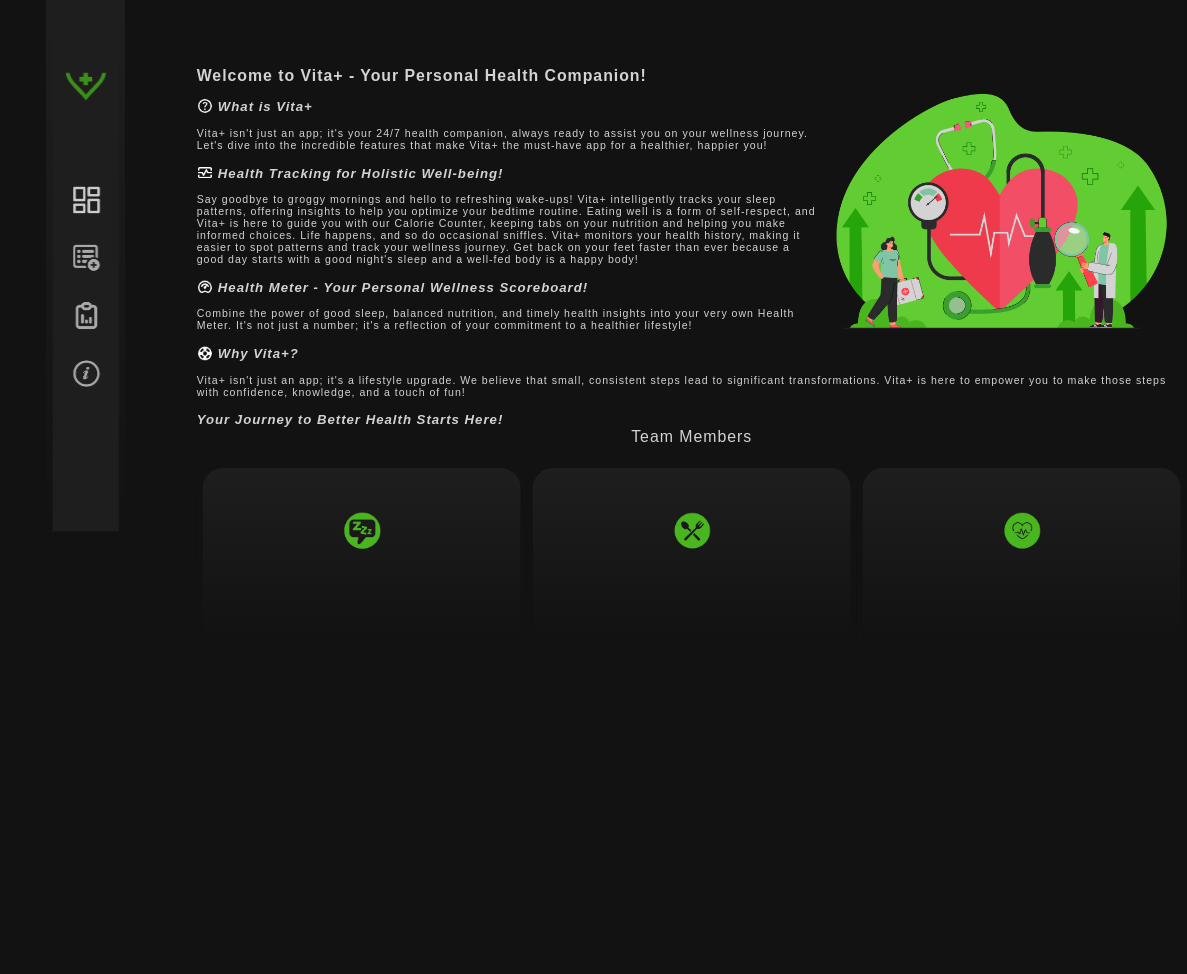
Repository: mhmd-bilal/health-analytics-dashboard
Page: http://localhost/project/info.jsp
The author's editor kept a copy of each file at every save. The page is drawn from the files as they stood at one save, then again after the next save.
The browser window is 1280 px wide. The page is 1798 px wide, so the pictures cover 1798 px, including what lies to the right of the window. The pictures show the whole page, at 66% of full size.
Some web fonts or font styles are not loaded; a fallback is used. Some web libraries are served in a nearby version. The page is served by Tomcat 10. Other server files are loaded and not shown.

Above is the page before, as saved 2023-12-06 15:46:03.

### project/src/main/webapp/info.jsp
<%@ page import="project.SleepCalculator" %>
  <%@ page import="project.CaloriesCalculator" %>
    <%@ page import="project.IllnessCalculator " %>

      <html>

      <head>
        <meta charset="UTF-8">
        <meta name="viewport" content="width=device-width, initial-scale=1.0">
        <title>Your Health Dashboard</title>
        <link rel="stylesheet" href="https://fonts.googleapis.com/css?family=Kanit">
        <link rel="stylesheet" type="text/css" href="styles2.css">
        <meta name="viewport" content="width=device-width, initial-scale=1">
        <script src='https://cdnjs.cloudflare.com/ajax/libs/jquery/3.2.1/jquery.min.js'></script>
<link rel="stylesheet" href="https://fonts.googleapis.com/icon?family=Material+Icons">
        <script>
          // Use fetch to trigger the SleepAnalyticsServlet on page load
          function fetchSleepAnalytics() {
            fetch('SleepAnalyticsServlet')
              .then(response => response.text())
              .then(data => {
                // Optional: You can add logic to update the UI based on the response from the servlet
                console.log(data);
              })
              .catch(error => {
                console.error('Error:', error);
              });
          }
          function submitForm() {
            var inputValue = document.getElementById("inputValue").value;

            fetch('SaveToDatabaseServlet', {
              method: 'POST',
              headers: {
                'Content-Type': 'application/x-www-form-urlencoded',
              },
              body: 'inputValue=' + encodeURIComponent(inputValue),
            })
              .then(response => response.json())
              .then(data => {
                alert(data.message);
                if (data.recordAdded) {
                  alert('Record added successfully!');
                }
              })
              .catch(error => {
                console.error('Error:', error);
              });
          }

          function redirectToAddRecordPage() {
            window.location.href = 'addrecord.jsp';
          }



        </script>

      </head>
      <body style="overflow:hidden">
      <div class="sidenav">
    <a href="#" style="padding-bottom: 100px;padding-left: 10px;"><img style="width: 95%;filter: brightness(1);" src="logo.png"></a>
    <a class="active" href="index2.jsp"><img src="dashboard.png"></a>
    <a href="add.jsp"><img src="add.png"></a>
    <a href="anal.jsp"><img src="anal.png"></a>
    <a href="info.jsp"><img src="info.png"></a>
  </div>
        <div style="font-spacing:1px;margin-top:100px;height: fit-content;" class="main">
              <img src="infograhic.png" class="infograhic" height="400px" ></p>

                  <h2 style="font-weight: bolder;">Welcome to Vita+ - Your Personal Health Companion!</h2>
<p style="font-weight: bold;font-style:italic;font-size: 20px;;"><img src="help.png" style="margin-bottom:-5px;height:25px;filter: invert(100%)"> What is Vita+</p>
Vita+ isn't just an app; it's your 24/7 health companion, always ready to assist you on your wellness journey. Let's dive into the incredible features that make Vita+ the must-have app for a healthier, happier you!

<p style="font-weight: bold;font-style:italic;font-size: 20px;"><img src="health.png" style="margin-bottom:-5px;height:25px;filter: invert(100%)"> Health Tracking for Holistic Well-being!</p>
<p>Say goodbye to groggy mornings and hello to refreshing wake-ups! Vita+ intelligently tracks your sleep patterns, offering insights to help you optimize your bedtime routine. Eating well is a form of self-respect, and Vita+ is here to guide you with our Calorie Counter, keeping tabs on your nutrition and helping you make informed choices. Life happens, and so do occasional sniffles. Vita+ monitors your health history, making it easier to spot patterns and track your wellness journey. Get back on your feet faster than ever because a good day starts with a good night's sleep and a well-fed body is a happy body!</p>

<p style="font-weight: bold;font-style:italic;font-size: 20px;"><img src="hmeter.png" style="margin-bottom:-5px;height:25px;filter: invert(100%)"> Health Meter - Your Personal Wellness Scoreboard!</p>
Combine the power of good sleep, balanced nutrition, and timely health insights into your very own Health Meter. It's not just a number; it's a reflection of your commitment to a healthier lifestyle!

<p style="font-weight: bold;font-style:italic;font-size: 20px;"><img src="us.png" style="margin-bottom:-5px;height:25px;filter: invert(100%)"> Why Vita+?</p>
Vita+ isn't just an app; it's a lifestyle upgrade. We believe that small, consistent steps lead to significant transformations. Vita+ is here to empower you to make those steps with confidence, knowledge, and a touch of fun!

<p style="font-weight: bold;font-style:italic;font-size: 20px;">Your Journey to Better Health Starts Here!

      </div>

  <div class="main" style="text-align: center;margin-top: -20px;">
    <h2 style="font-weight: 400;">Team Members</h2>
    <div class="choose">
        <div class="choose-card">
        <a class="choose-btn" href="#" onclick="showInputFields('sleep')"><img src="sleep-green.png"></a>
    </div>
        <div class="choose-card">
        <a class="choose-btn" href="#" onclick="showInputFields('food')"><img src="food-green.png"></a>
    </div>
        <div class="choose-card">
        <a class="choose-btn" href="#" onclick="showInputFields('illness')"><img src="ill-green.png"></a>
        </div>
    </div>
    <iframe id="formFrame" name="formFrame" width="100%" height="300px" frameborder="0"></iframe>

</div>

      </body>

      </html>

### project/src/main/webapp/styles2.css
body {
  font-family: "Montserrat", sans-serif;
  letter-spacing: 1.5px;
  background-color: #121212;
}

.sidenav {
  align-items: center;
  height: 100%;
  width: 100px;
  position: fixed;
  z-index: 1;
  top: 0;
  left: 0;
  background-color: #1E1E1E;
  overflow-x: hidden;
  padding-top: 75px;
  margin-left: 70px;
  margin-right: 100px;
  margin-top: 0px;
  border: 10px solid;
  border-image: linear-gradient(to bottom, #1E1E1E, #121212) 1;
}

.sidenav img {
  width: 75%;
}

.sidenav a {
  padding: 6px 6px 30px 25px;
  text-decoration: none;
  font-size: 25px;
  color: #d3d3d3;
  display: block;
  filter: brightness(0.8);
  transition: 0.2s;
}

.sidenav a:hover {
  filter: brightness(1.75);
}

.active img {
  filter: brightness(2);
}


.main {
  margin-left: 290px;
  margin-top: 100px;
  color: #d3d3d3;
  width: 1500px;
  height: 820px;
}

.container {
  display: flex;
}

.moodenter {
  border: 0px;
  border-radius: 25px;
  height: 50px;
  line-height: normal;
  color: #282828;
  display: block;
  width: 90%;
  box-sizing: border-box;
  user-select: auto;
  font-size: 16px;
  padding: 0 6px;
  padding-left: 30px;
  outline: none;
  background-color: #d3d3d3;
  margin-right: 10px;

}

.subbtn {
  width: 10%;
  display: inline-block;
  outline: none;
  cursor: pointer;
  font-size: 14px;
  line-height: 1;
  border-radius: 500px;
  transition-property: background-color, border-color, color, box-shadow, filter;
  transition-duration: .3s;
  border: 0px;
  letter-spacing: 2px;
  min-width: 160px;
  text-transform: uppercase;
  white-space: normal;
  font-weight: 700;
  text-align: center;
  padding: 16px 14px 18px;
  color: #fff;
  background-color: #49b51f;
  height: 48px;

  :hover {
    filter: brightness(1.75);
  }

}

.analytics_container {
  width: 100%;
  height: 60%;
  background-color: #121212;
  display: flex;
}

.pie {
  width: 40%;
}

.count {
  background-color: #1E1E1E;
  width: 60%;
  border: solid 8px transparent;
  border-radius: 80px;
  display: grid;
  background-image: linear-gradient(#1E1E1E, #1E1E1E), linear-gradient(to bottom, #1E1E1E, #121212);
  background-origin: border-box;
  background-clip: padding-box, border-box;
}

.counts {
  display: flex;
  margin-bottom: -60px;
}

.health-meter {
  padding: 0px 0px 10px 70px;
  display: flexbox;
  width: 83.5%;
}

.card {
  background-color: none;
  padding: 70px 0px 10px 70px;
  display: flexbox;
  width: 22.5%;
  height: 60%;
  height: 45%;
}

.count-icon {
  width: 60px;
  margin-left: -5px;
}

.count-text {
  font-size: 25px;
  line-height: 0px;
  font-weight: bolder;
  font-style: normal;
  margin-top: 30px;
}

.count-count {
  font-size: 18px;
  line-height: 0px;
  font-weight: lighter;
  margin-top: -12px;

}

.pbbg {
  background-color: #282828;
  width: 100%;
  height: 3%;
  border-radius: 80px;
}

.pb {
  background-color: #49b51f;
  height: 100%;
  border-radius: 80px;
}

.choose {
  width: 100%;
  height: 20%;
  background-color: #121212;
  display: flex;
}

.choose-card {
  height: 120%;
  width: 33%;
  align-items: center;
  text-align: center;
  background-image: linear-gradient(to bottom, #1E1E1E, #121212);
  ;
  border: #121212 solid 9px;
  border-radius: 40px 40px 0px 0px;
  padding: 60px 0px 0px 1px;
  transition: 1s;
  margin-top: 5px;
}

.choose-card a {
  background-color: transparent;
  outline: none;
  border: none;
}

.choose-card:hover {
  translate: 0 -5px;
}

#formFrame {
  margin-top: 200px;
}

.choose-card img {
  height: 70px;
}


.main-entry {
  width: 100%;
  height: 20%;
  text-align: center;
  color: #d3d3d3;
}

.date-pick {
  background-color: #1E1E1E;
  color: white;
  outline: none;
  border: none;
  border-radius: 25px;
  padding: 10px;
}

.subbtnentry {
  width: 40px;
  height: 30px;
  display: inline-block;
  outline: none;
  cursor: pointer;
  font-size: 14px;
  line-height: 1;
  border-radius: 500px;
  transition-property: background-color, border-color, color, box-shadow, filter;
  transition-duration: .3s;
  border: 0px;
  letter-spacing: 2px;
  min-width: 160px;
  text-transform: uppercase;
  white-space: normal;
  font-weight: 600;
  text-align: center;
  padding: 5px;
  color: #fff;
  background-color: #49b51f;
}
.chartFrame{
	outline: none;
	border: none;
	margin-top: 30px;
}

.md{
	text-align: center;
	color: #d3d3d3;
	z-index: 1;
	position: absolute;
	margin-top: -260px;
	margin-left: 245px;
}

.infograhic{
	z-index: 1;
	position: relative;
	padding-top: 20px;
	float: right;
}
@media screen and (max-height: 450px) {
  .sidenav {
    padding-top: 15px;
  }

  .sidenav a {
    font-size: 18px;
  }
}

After the next save:
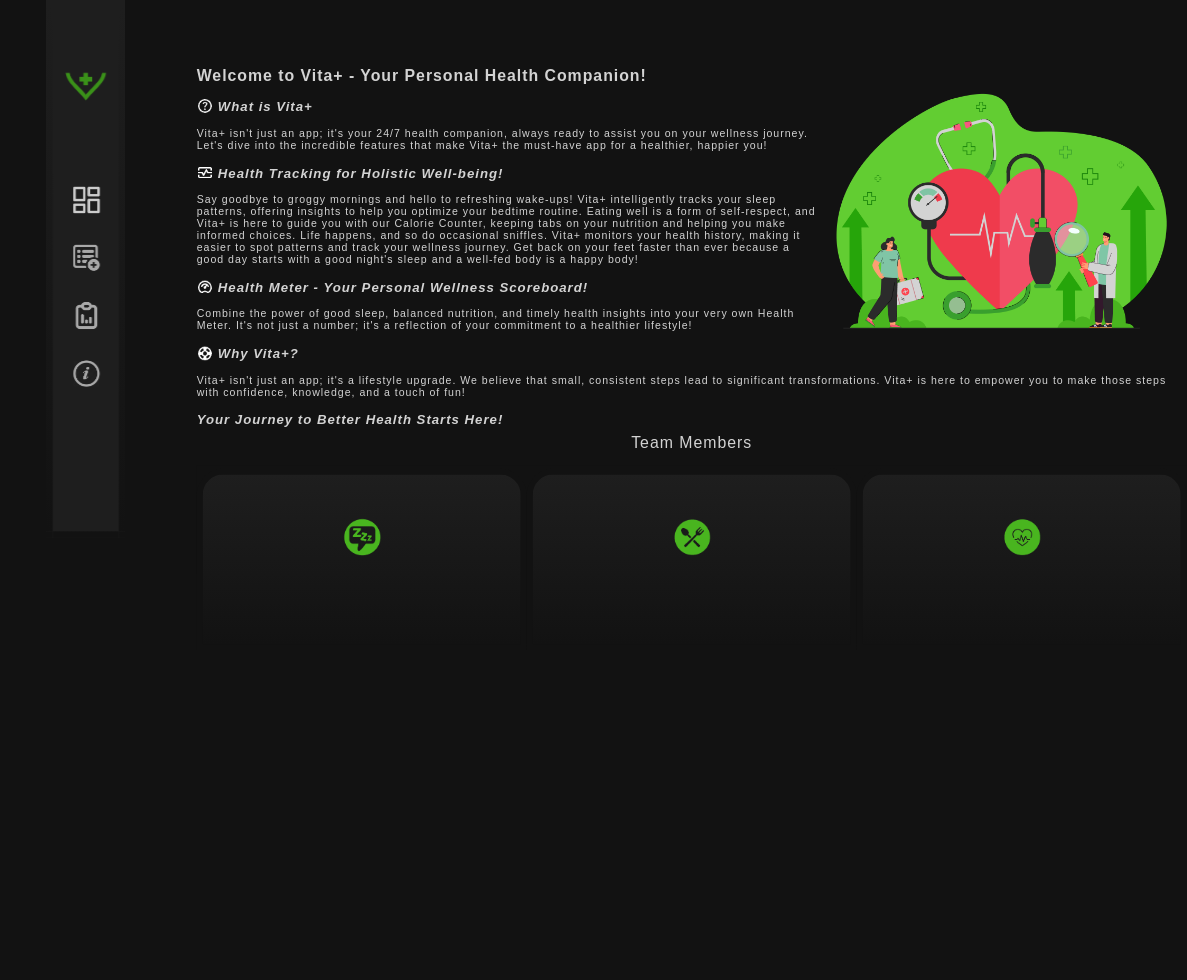
Saved 5 min 35 s later.
--- a/project/src/main/webapp/info.jsp
+++ b/project/src/main/webapp/info.jsp
@@ -85,7 +85,7 @@ Vita+ isn't just an app; it's a lifestyle upgrade. We believe that small, consis
 
       </div>
 
-  <div class="main" style="text-align: center;margin-top: -20px;">
+  <div class="main" style="text-align: center;margin-top: -10px;">
     <h2 style="font-weight: 400;">Team Members</h2>
     <div class="choose">
         <div class="choose-card">
